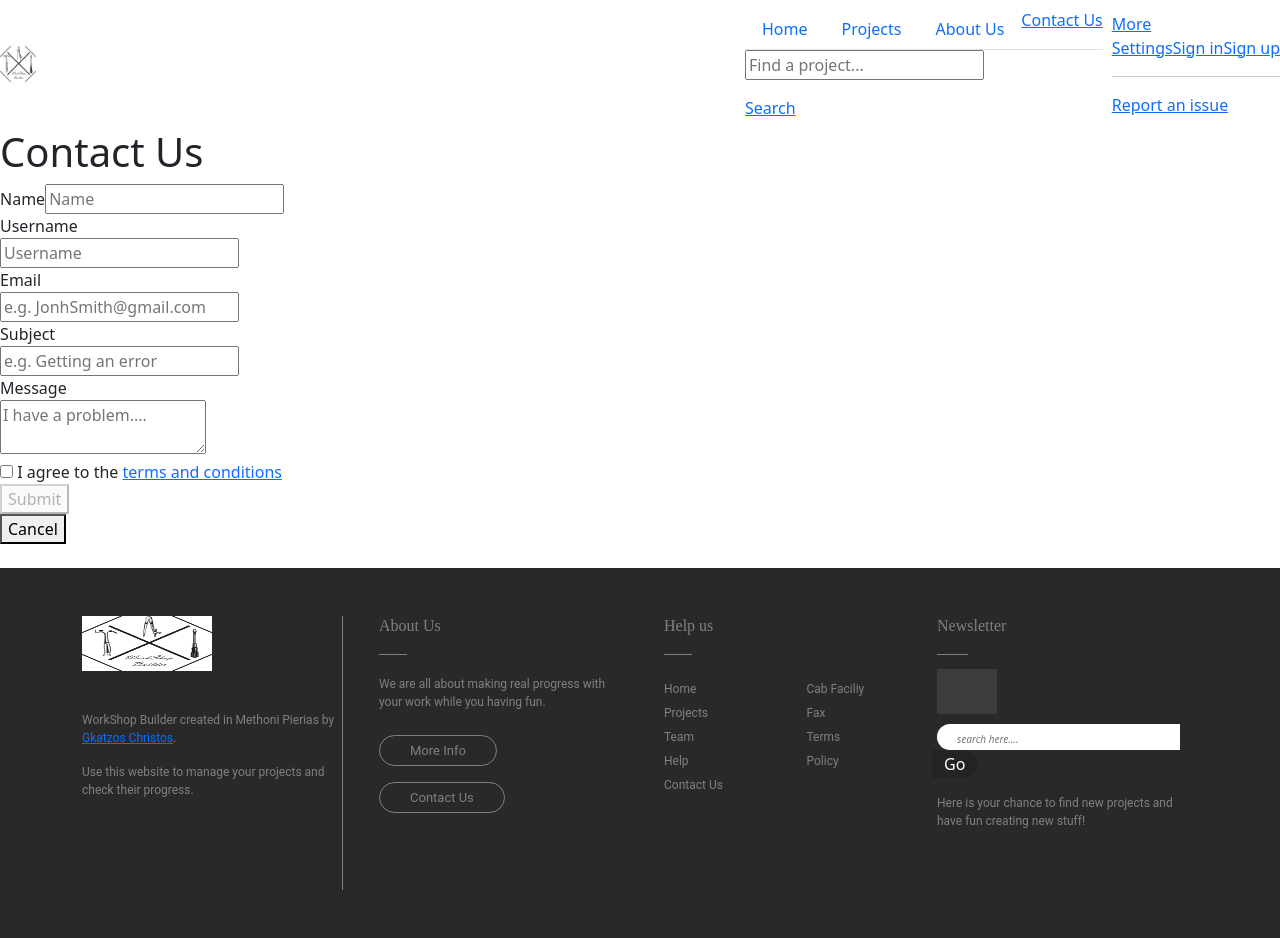
Repository: GkatzosChristos/workshop-builder-ui
Page: /contactUs (app in workshop-builder-ui/)
The author's editor kept a copy of each file at every save. The page is drawn from the files as they stood at one save, then again after the next save.
The browser window is 1280 px wide. The pictures show the whole page.
The project was rebuilt for these pictures with package versions that can differ from the ones it lists, and the page was loaded fresh each time. Also part of the build but not shown: workshop-builder-ui/angular.json, workshop-builder-ui/src/app/about-us/about-us.component.ts, workshop-builder-ui/src/app/home/home.component.ts, workshop-builder-ui/src/app/project/project.component.ts.

Above is the page before, as saved 2021-08-27 16:38:28.

After the next save:
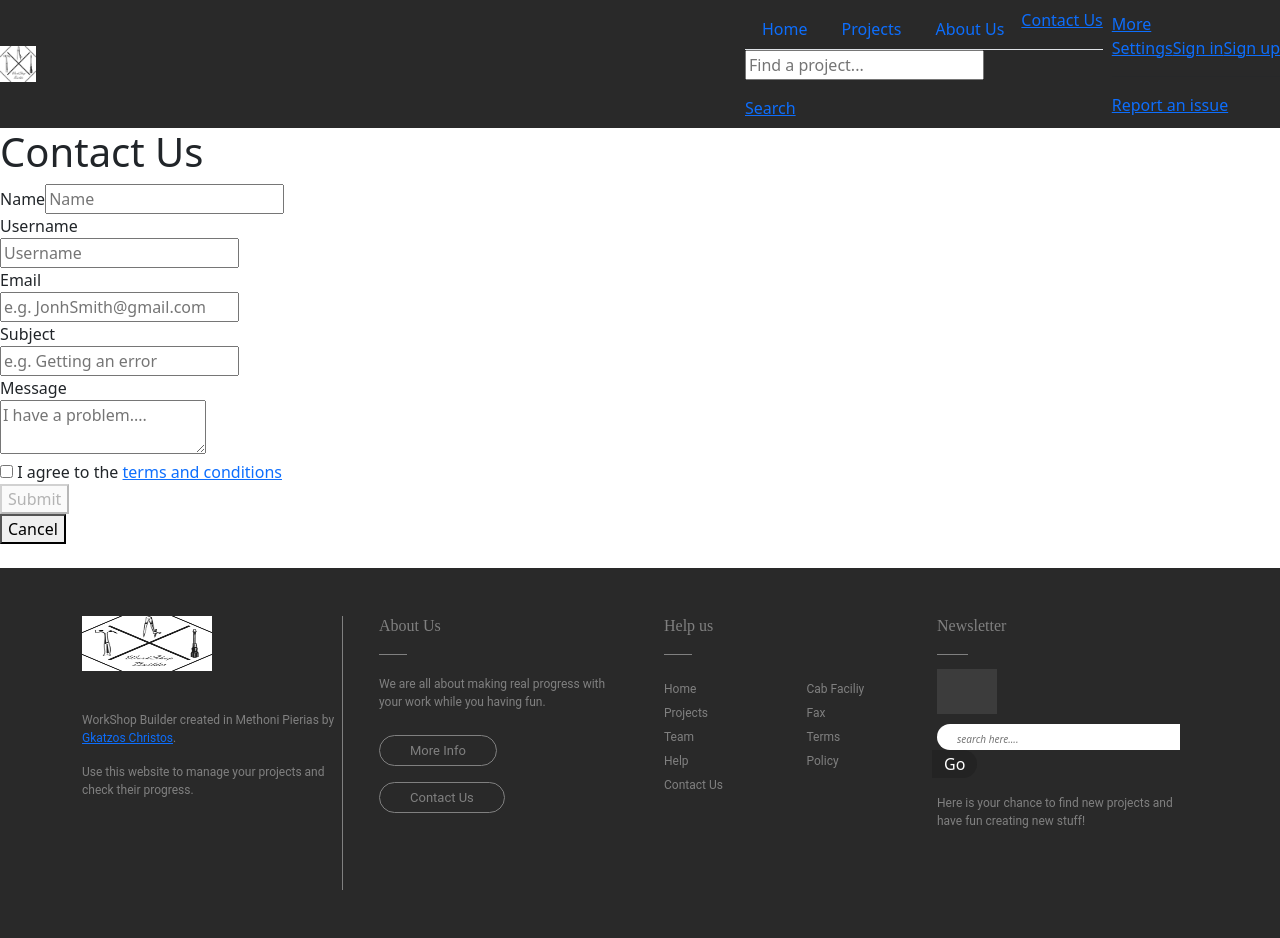
Saved 25 s later.
--- a/workshop-builder-ui/src/app/header/header.component.scss
+++ b/workshop-builder-ui/src/app/header/header.component.scss
@@ -2,3 +2,7 @@ img {
     height: 5%;
     width: 5%;
 }
+
+nav {
+    background: #292929;
+}
